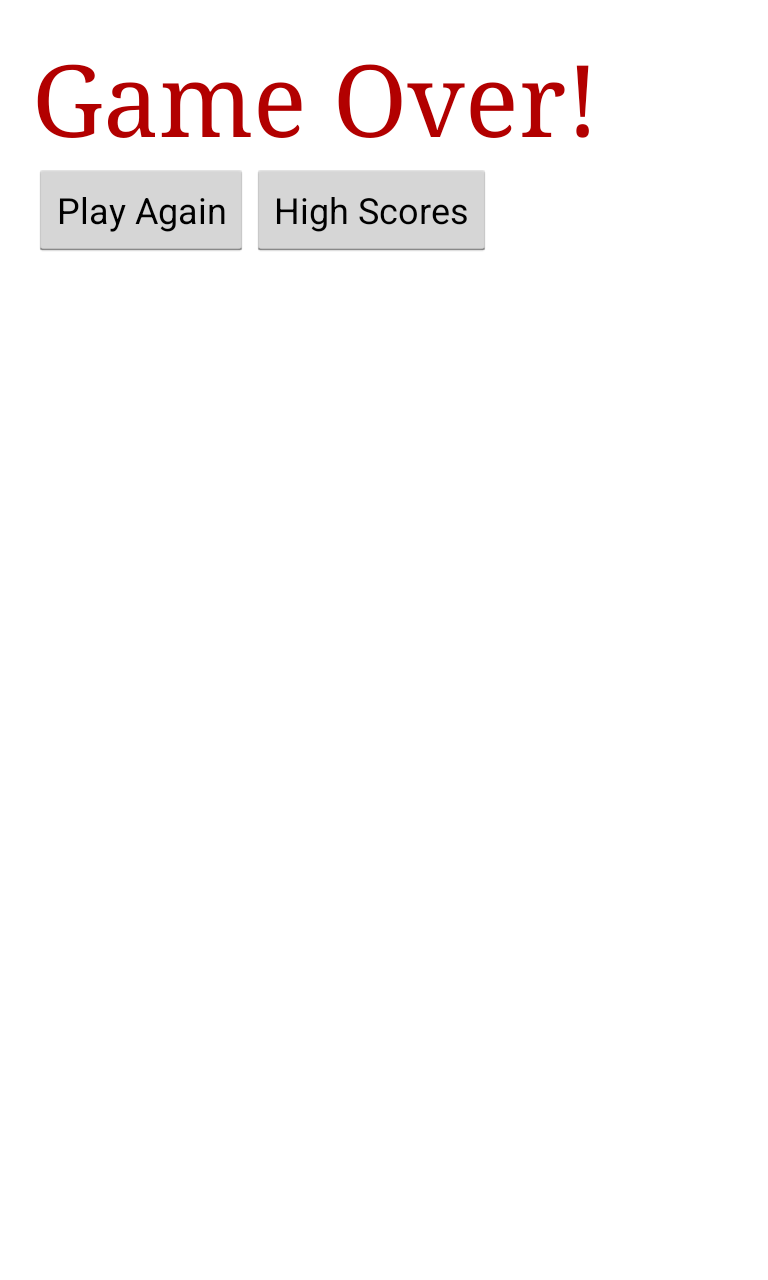
Repository: osheac5/fire
Layout: fire/res/layout/activity_splash_screen.xml
These files come from the project's save history. The layout is drawn as it stood at one moment and after a run of saves; the edit follows.
It is drawn on a 768 x 1280 px phone screen (xhdpi) without system bars, with theme AppTheme; the app's code is not run.

Above is the layout before, as saved 2013-11-25 11:21:53.

### fire/res/layout/activity_splash_screen.xml
<LinearLayout xmlns:android="http://schemas.android.com/apk/res/android"
    xmlns:tools="http://schemas.android.com/tools"
    android:layout_width="match_parent"
    android:layout_height="match_parent"
    android:orientation="vertical"
    android:paddingBottom="@dimen/activity_vertical_margin"
    android:paddingLeft="@dimen/activity_horizontal_margin"
    android:paddingRight="@dimen/activity_horizontal_margin"
    android:paddingTop="@dimen/activity_vertical_margin"
    tools:context=".SplashScreen" >

    <LinearLayout
        android:layout_width="match_parent"
        android:layout_height="wrap_content"
        android:orientation="horizontal" >

        <TextView
            android:layout_width="wrap_content"
            android:layout_height="wrap_content"
            android:gravity="center"
            android:text="@string/game_over"
            android:textColor="#B20000"
            android:textSize="50sp"
            android:typeface="serif" />
    </LinearLayout>

    <LinearLayout
        android:layout_width="match_parent"
        android:layout_height="wrap_content"
        android:orientation="horizontal" >

        <Button
            android:layout_width="wrap_content"
            android:layout_height="wrap_content"
            android:onClick="startGame"
            android:text="@string/play_again" />

        <Button
            android:layout_width="wrap_content"
            android:layout_height="wrap_content"
            android:onClick="openHighScores"
            android:text="@string/high_scores" />
    </LinearLayout>

</LinearLayout>

### fire/res/values/strings.xml
<?xml version="1.0" encoding="utf-8"?>
<resources>

    <string name="app_name">Fire!</string>
    <string name="hello_world">Hello world!</string>
    <string name="title_activity_game">Game</string>
    <string name="title_activity_game_over">GameOver</string>
    <string name="title_activity_high_scores">HighScores</string>
    <string name="play_game">Play</string>
    <string name="play_again">Play Again</string>
    <string name="high_scores">High Scores</string>
    <string name="game_over">Game Over!</string>
    <string name="end_game">End Game</string>
	<string name="game_text">The game will be here and it will be fun!</string>
	<string name="high_scores_text">This is where the high scores will go...</string>

</resources>

Loaded but not shown: fire/res/values/styles.xml (common file); fire/res/values-v11/styles.xml (common file); fire/res/values-v14/styles.xml (common file); fire/res/values/dimens.xml (common file)

After the next 2 saves:
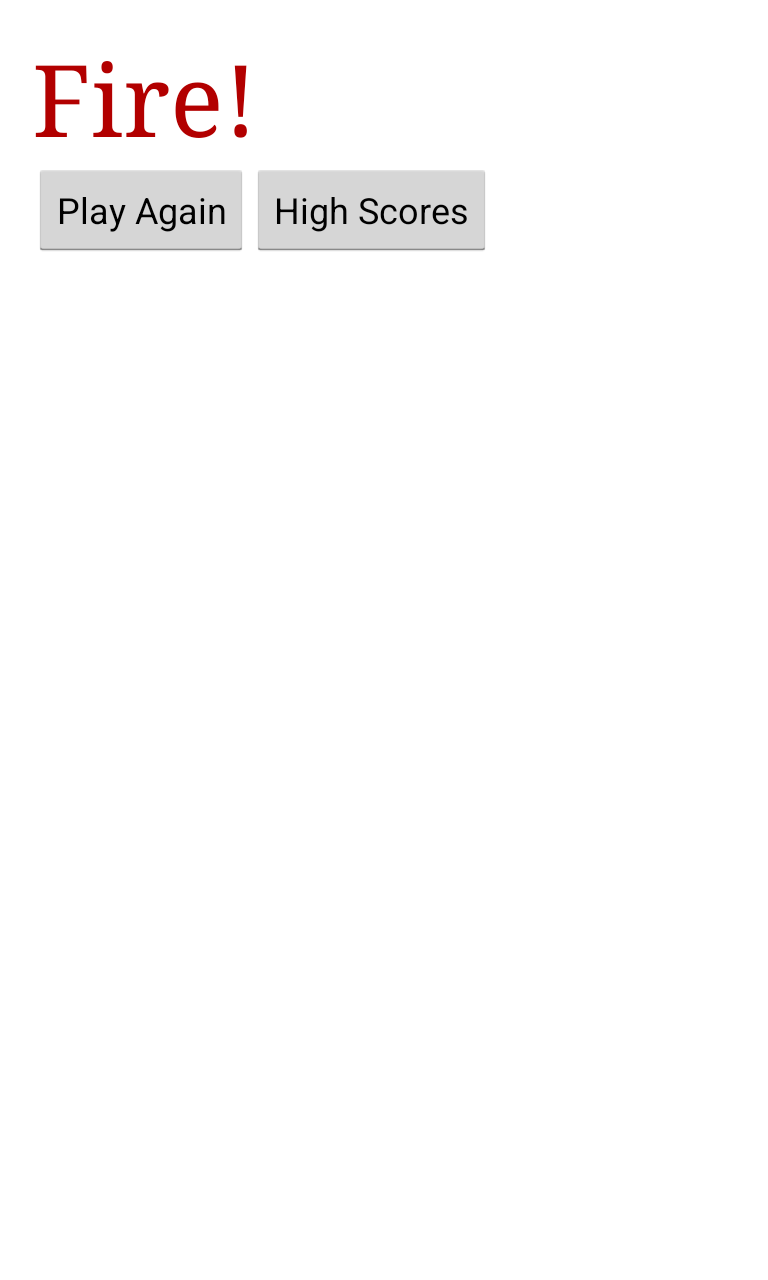
The 2 saves are shown as one change because 1 did not build or start.
The last was saved 62 s later.
--- a/fire/res/layout/activity_splash_screen.xml
+++ b/fire/res/layout/activity_splash_screen.xml
@@ -18,7 +18,7 @@
             android:layout_width="wrap_content"
             android:layout_height="wrap_content"
             android:gravity="center"
-            android:text="@string/game_over"
+            android:text="@string/Fire"
             android:textColor="#B20000"
             android:textSize="50sp"
             android:typeface="serif" />
--- a/fire/res/values/strings.xml
+++ b/fire/res/values/strings.xml
@@ -2,7 +2,7 @@
 <resources>
 
     <string name="app_name">Fire!</string>
-    <string name="hello_world">Hello world!</string>
+    <string name="Fire">Fire!</string>
     <string name="title_activity_game">Game</string>
     <string name="title_activity_game_over">GameOver</string>
     <string name="title_activity_high_scores">HighScores</string>
